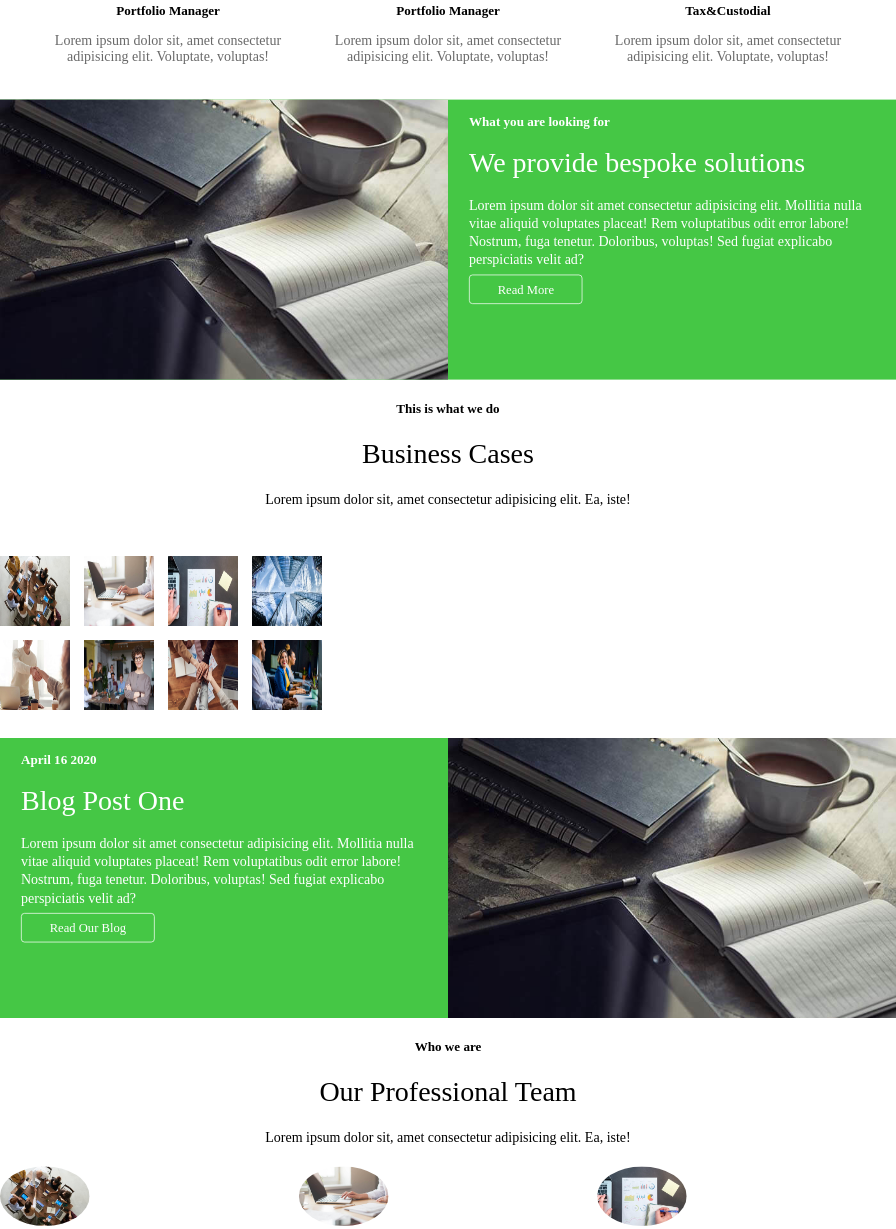
Repository: reemoon-ctrl/swiftdisk-Website-Flexbox
Page: index.html
The author's editor kept a copy of each file at every save. The page is drawn from the files as they stood at one save, then again after the next save.
The browser window is 1280 px wide. The pictures show the part of the page from y = 856 to 2776 px (the page is 2611 px tall before and 2776 px after), at 70% of full size.

Above is the page before, as saved 2024-07-27 10:11:47.

After the next save:
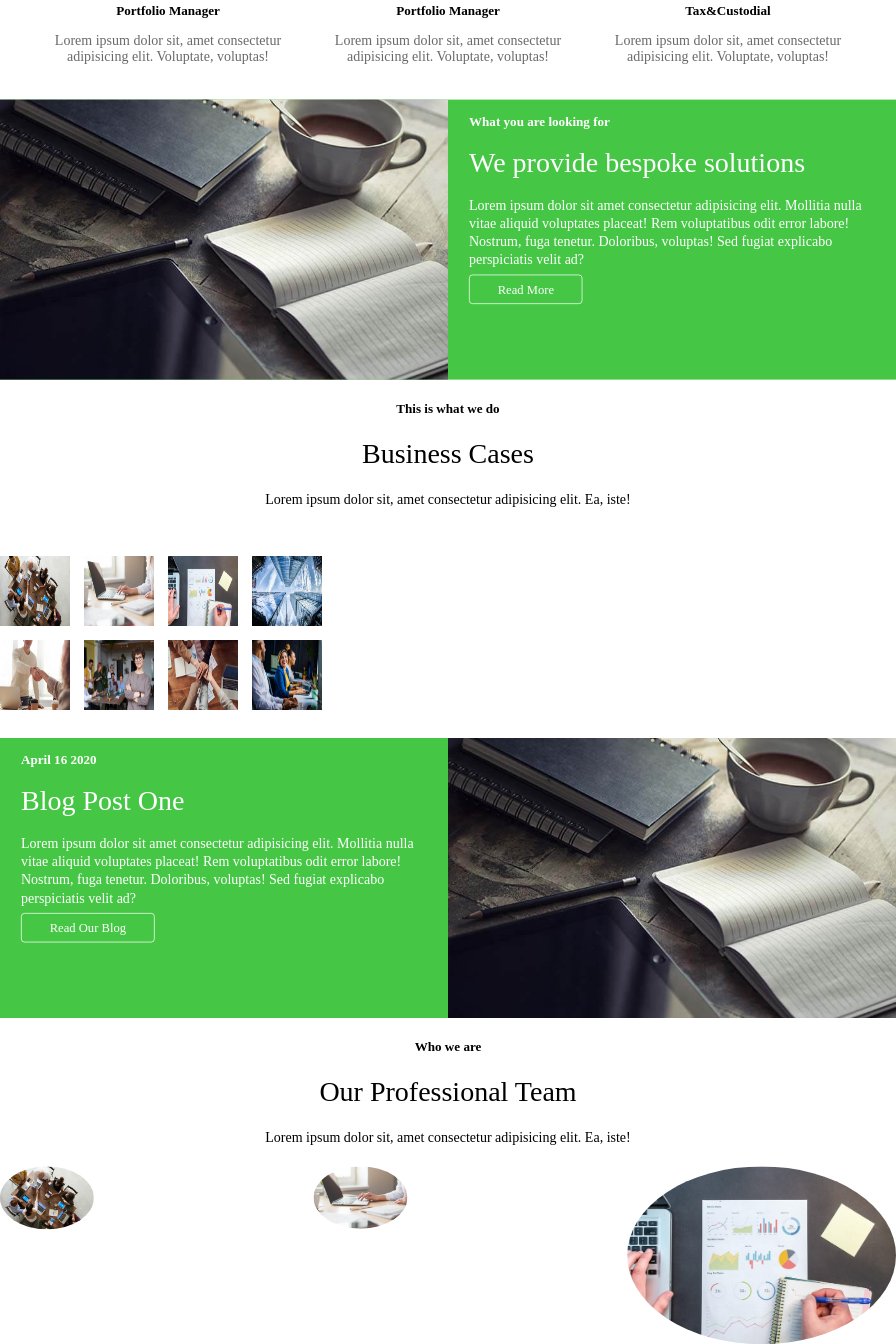
Saved 28 s later.
--- a/index.html
+++ b/index.html
@@ -106,7 +106,7 @@
             <div class="team-image">
                 <p><img class="tmimg tm-img1" src="/img/cases/cases1.jpg" alt=""></p>
                 <p><img  class="tmimg tm-img2" src="/img/cases/cases2.jpg" alt=""></p>
-                <p><img class="tmimg tm-img3" src="/img/cases/cases3.jpg" alt=""></p>
+                <img class="tmimg tm-img3" src="/img/cases/cases3.jpg" alt=""></p>
 
             </div>
         </div>
